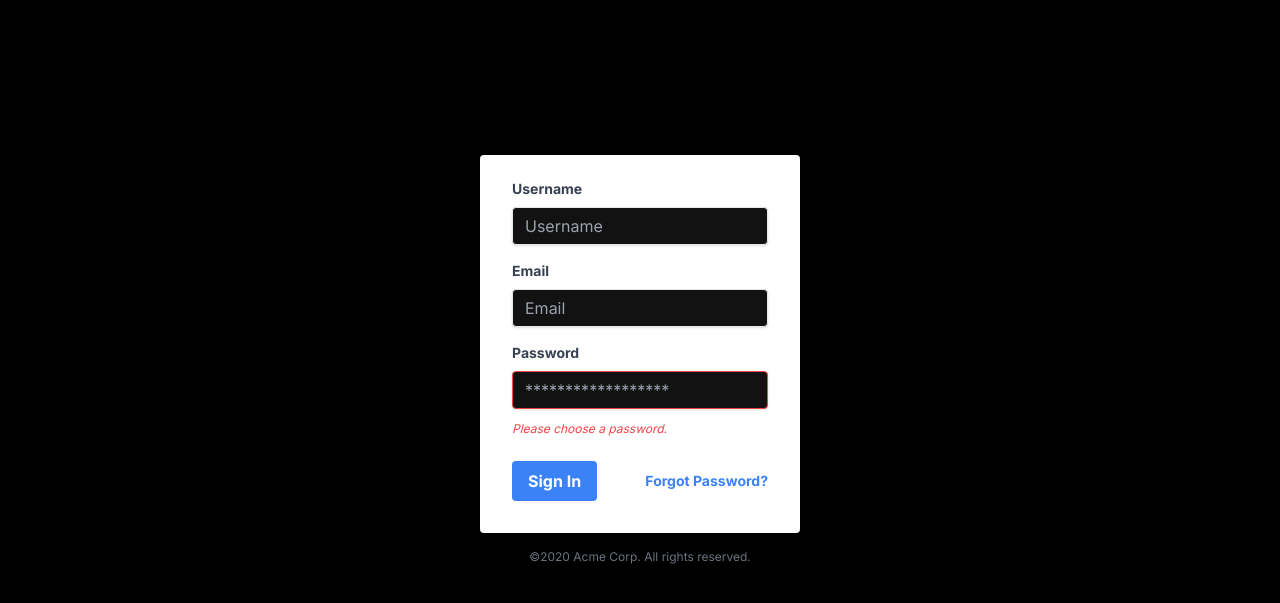
Repository: uh-sman/tasks
Page: /auth
An editor plug-in stored every save of this project. The page is shown before and after the next save, followed by the edit.
The browser window is 1280 px wide. The pictures show the whole page.
The project was rebuilt for these pictures with package versions that can differ from the ones it lists, and the page was loaded fresh each time. The framework's server and built-in components were replaced by stand-ins that run in the browser. Also part of the build but not shown: next.config.js.

Above is the page before, as saved 2024-01-12 12:15:40.

After the next save:
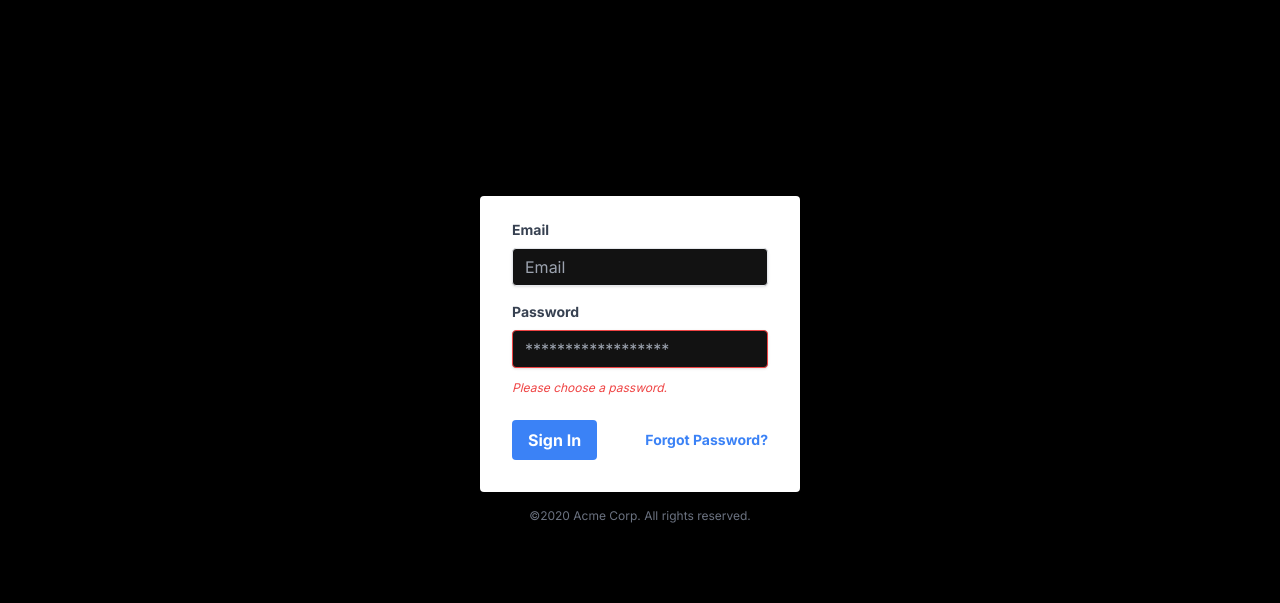
Saved 3 min 59 s later.
--- a/app/(components)/auth/page.tsx
+++ b/app/(components)/auth/page.tsx
@@ -2,6 +2,7 @@
 import { useState } from "react";
 import axios, { AxiosError } from "axios";
 const AuthForm = () => {
+  const [formState, setFormState] = useState<"LOGIN" | "SIGNUP">("LOGIN");
     const [ form, setForm ] = useState({
         username:'',
         email:'',
@@ -37,12 +38,12 @@ const AuthForm = () => {
     <div className="flex justify-center items-center h-screen">
       <div className="w-full max-w-xs">
   <form className="bg-white shadow-md rounded px-8 pt-6 pb-8 mb-4">
-    <div className="mb-4">
+    {formState === 'SIGNUP' && <div className="mb-4">
       <label className="block text-gray-700 text-sm font-bold mb-2" htmlFor="username">
         Username
       </label>
       <input onChange={(e) => setForm(prevState => ({ ...prevState, username: e.target.value }))} className="shadow appearance-none border rounded w-full py-2 px-3 text-gray-700 leading-tight focus:outline-none focus:shadow-outline" id="username" type="text" placeholder="Username" />
-    </div>
+    </div>}
     <div className="mb-4">
       <label className="block text-gray-700 text-sm font-bold mb-2" htmlFor="username">
         Email
@@ -58,7 +59,7 @@ const AuthForm = () => {
     </div>
     <div className="flex items-center justify-between">
       <button onClick={handleSubmit} className="bg-blue-500 hover:bg-blue-700 text-white font-bold py-2 px-4 rounded focus:outline-none focus:shadow-outline" type="button">
-        Sign In
+        {formState === 'SIGNUP' ? 'Signup' :'Sign In'}
       </button>
       <a className="inline-block align-baseline font-bold text-sm text-blue-500 hover:text-blue-800" href="#">
         Forgot Password?
